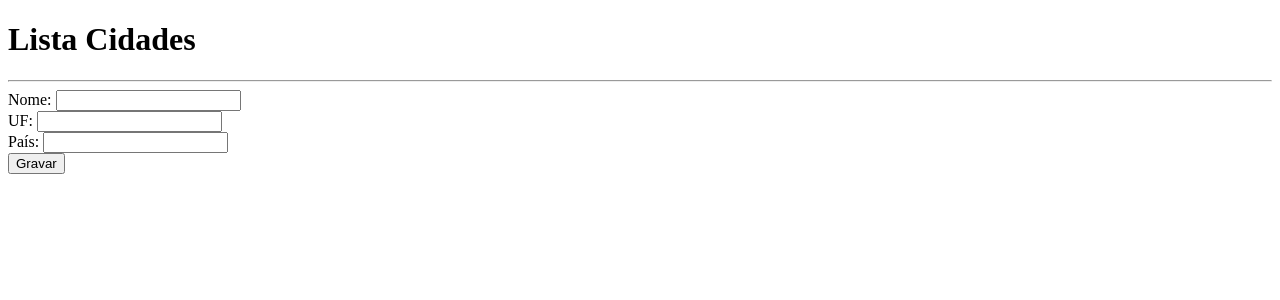
Repository: Maureci/forecast_workspace_project_fonts
Page: Forecast/WebContent/lista-cidade.html
An editor plug-in stored every save of this project. The page is shown before and after the next save, followed by the edit.
The browser window is 1280 px wide. The pictures show the whole page.

Above is the page before, as saved 2017-04-02 04:25:38.

After the next save:
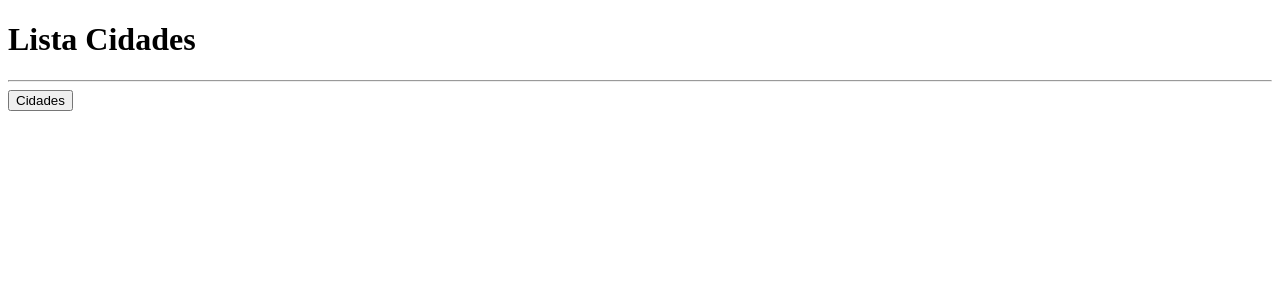
Saved 68 s later.
--- a/Forecast/WebContent/lista-cidade.html
+++ b/Forecast/WebContent/lista-cidade.html
@@ -8,12 +8,10 @@
 	<body>
     <h1>Lista Cidades</h1>
     <hr />
-    <form action="adicionaCidade" method="POST">
-      Nome: <input type="text" name="nome" /><br />
-      UF: <input type="text" name="uf" /><br />
-      País: <input type="text" name="pais" /><br />
+    <form action="listaCidade" method="POST">
 
-      <input type="submit" value="Gravar" />
+
+      <input type="submit" value="Cidades" />
     </form>
   </body>
 </body>
